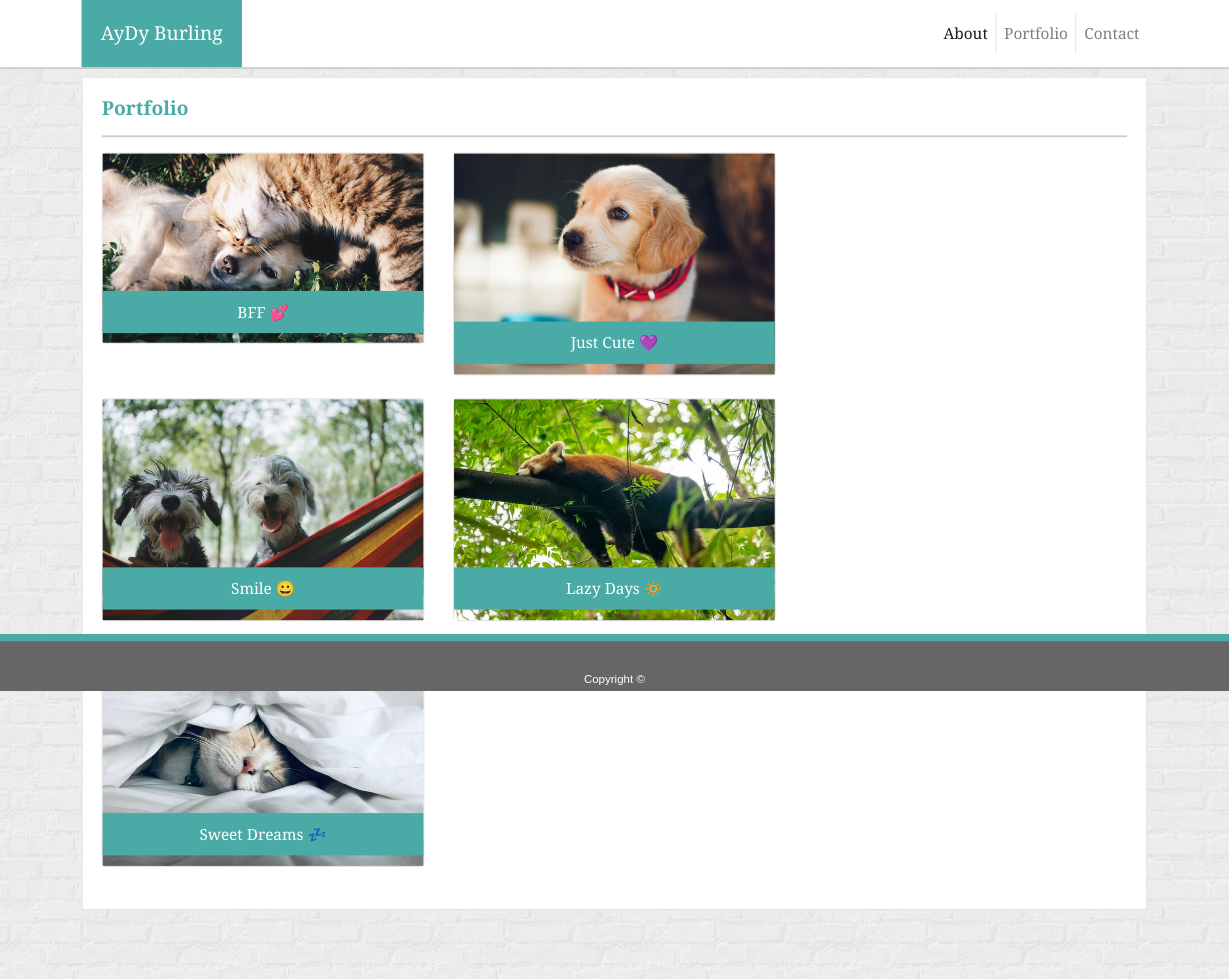
Repository: Dee1985/AyDy-Burling-prework
Page: Module-1_Assessment/portfolio.html
These files come from the project's save history. The page is drawn as it stood at one moment and after the next save; the edit follows.
The browser window is 1280 px wide. The pictures show the whole page, at 96% of full size.

Above is the page before, as saved 2020-05-22 22:40:09.

After the next save:
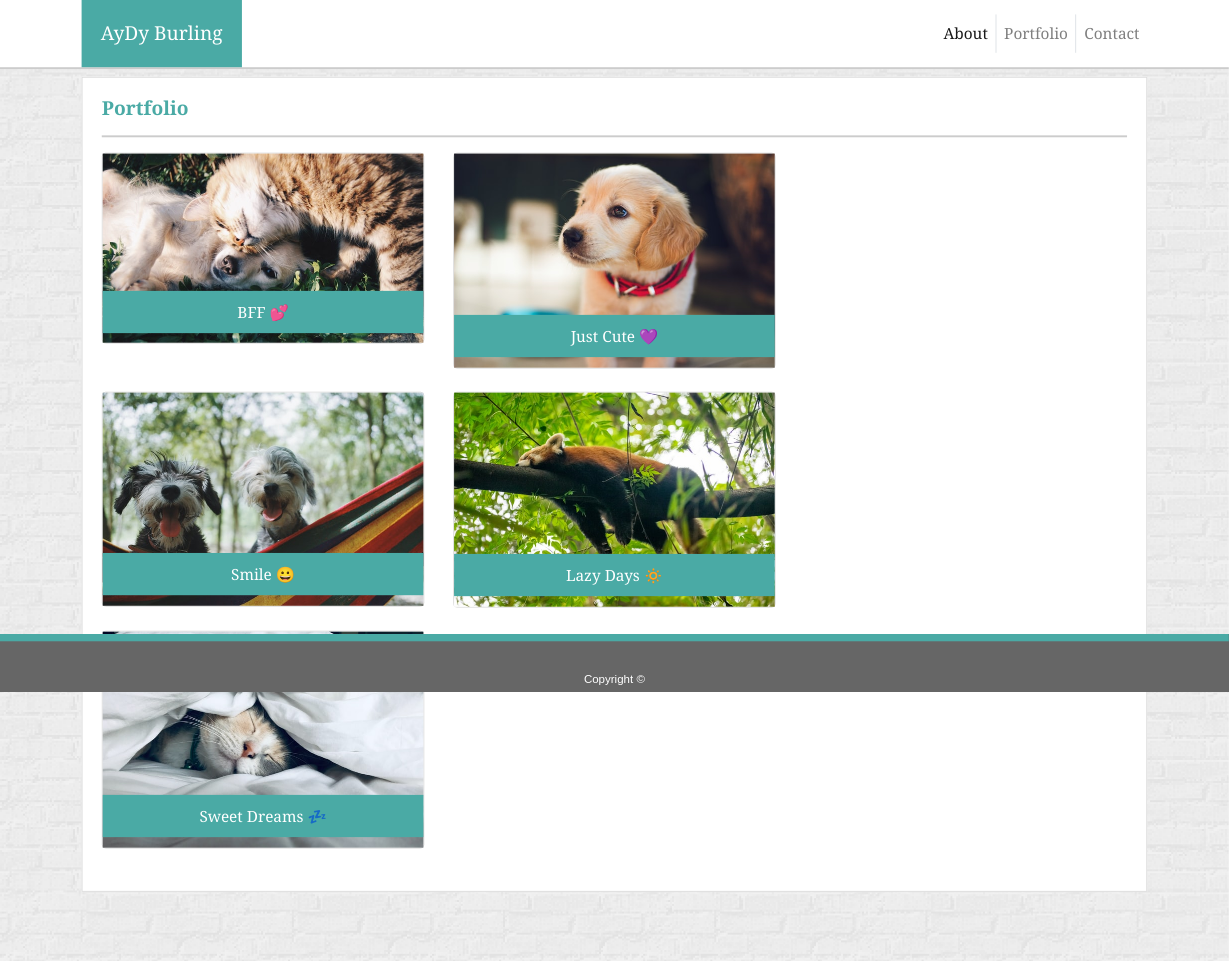
Saved 26 s later.
--- a/Module-1_Assessment/portfolio.html
+++ b/Module-1_Assessment/portfolio.html
@@ -67,7 +67,7 @@
                <!-- second card -->
                    <div class="col-lg-4 mb-4">
                             <div class="card text-white">
-                                <img src="assets/img/berkay-gumustekin-ngqyo2AYYnE-unsplash.jpg" width="100%" height="230" alt="puppy pic">
+                                <img src="assets/img/berkay-gumustekin-ngqyo2AYYnE-unsplash.jpg" width="100%" height="auto" alt="puppy pic">
                                 <div class="card-heading text-center">
                                     Just Cute 💜
                                 </div>
@@ -78,7 +78,7 @@
                <div class="row">
     <div class="col-lg-4 mb-4">
                             <div class="card text-white">
-                                <img src="assets/img/alvan-nee-FHl79chXS6s-unsplash.jpg" width="100%" height="230"alt="two dogs smiling">
+                                <img src="assets/img/alvan-nee-FHl79chXS6s-unsplash.jpg" width="100%" height="auto"alt="two dogs smiling">
                                 <div class="card-heading text-center">
                                     Smile 😀
                                 </div>
@@ -87,7 +87,7 @@
                <!-- fourth card -->
                    <div class="col-lg-4 mb-4">
                             <div class="card text-white">
-                                <img src="assets/img/chris-curry-GYpsSWHslHA-unsplash.jpg" width="100%" height="230" alt="animal sleeping on branch">
+                                <img src="assets/img/chris-curry-GYpsSWHslHA-unsplash.jpg" width="100%" height="auto" alt="animal sleeping on branch">
                                 <div class="card-heading text-center">
                                     Lazy Days 🔅
                                 </div>
@@ -98,7 +98,7 @@
                <div class="row justify-content-start">
                    <div class="col-lg-4 mb-4">
                             <div class="card text-white">
-                                <img src="assets/img/kate-stone-matheson-uy5t-CJuIK4-unsplash.jpg" width="100%" height="230" alt="cat under a blanket">
+                                <img src="assets/img/kate-stone-matheson-uy5t-CJuIK4-unsplash.jpg" width="100%" height="auto" alt="cat under a blanket">
                                 <div class="card-heading text-center">
                                     Sweet Dreams 💤
                                 </div>
